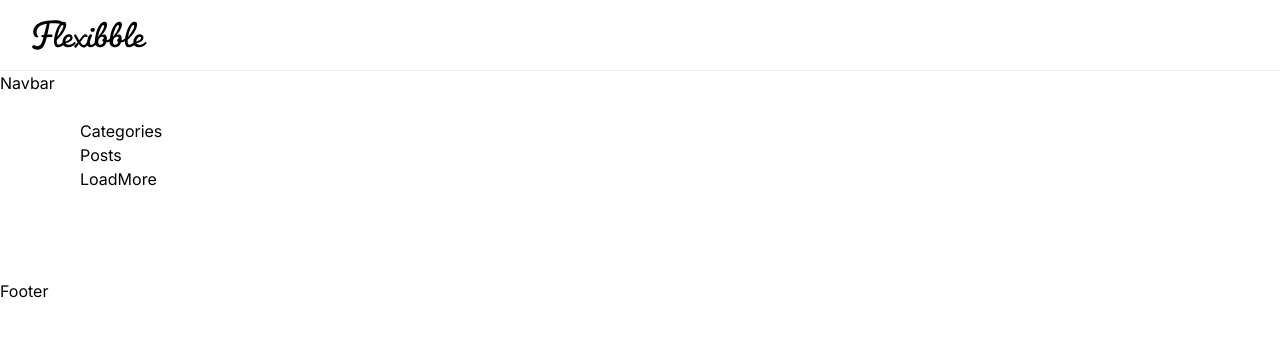
Repository: YUKIKAZE-nanoda/shigure_grafbase
Page: /
These files come from the project's save history. The page is drawn as it stood at one moment and after a run of saves; the edit follows.
The browser window is 1280 px wide. The pictures show the whole page.
The project was rebuilt for these pictures with package versions that can differ from the ones it lists, and the page was loaded fresh each time. The framework's server and built-in components were replaced by stand-ins that run in the browser. Also part of the build but not shown: next.config.js.

Above is the page before, as saved 2023-07-15 10:38:55.

### app/layout.tsx
import './globals.css'
import Footer from '@/components/Footer'
import Navbar from '@/components/Navbar'
export const metadata = {
  title: 'Flexibble',
  description: 'Showcase of flexbox layouts',
}

export default function RootLayout({
  children,
}: {
  children: React.ReactNode
}) {
  return (
    <html lang="en">
      <Navbar/>
      <body>
        Navbar
        <main>{children}</main>
        <Footer/>
        </body>
    </html>
  )
}

### app/page.tsx
const Home = () => {
    return (

        <section className="flex-start flex-col paddings mb-16">
            <h1>Categories</h1>
            <h1>Posts</h1>
            <h1>LoadMore</h1>
        </section>

    )
}

export default Home;

### components/Footer.tsx
import React from "react";
const Footer=()=>{
    return <div>
        Footer
    </div>
}

export default Footer;

### components/Navbar.tsx
import Link from 'next/link';
import Image from 'next/image';
import { NavLinks } from '@/constants';
const Navbar = () => {
    return (
        <nav className="flexBetween navbar">
            <div className="flex-1 flexStart gap-10">
                <Link href="/">
                    <Image
                        src="/logo.svg"
                        width={115}
                        height={43}
                        alt="Flexibble"
                    />
                </Link>
                <ul className='xl:flex hidden text-small gap-7'>
                    {NavLinks.map((link) => (
                        <Link href={link.href}>

                        </Link>
                    ))}
                </ul>
            </div>
        </nav>
    );
}

export default Navbar;

Loaded but not shown: app/globals.css (common file); constants/index.ts (common file); tailwind.config.js (common file)

After the next 10 saves:
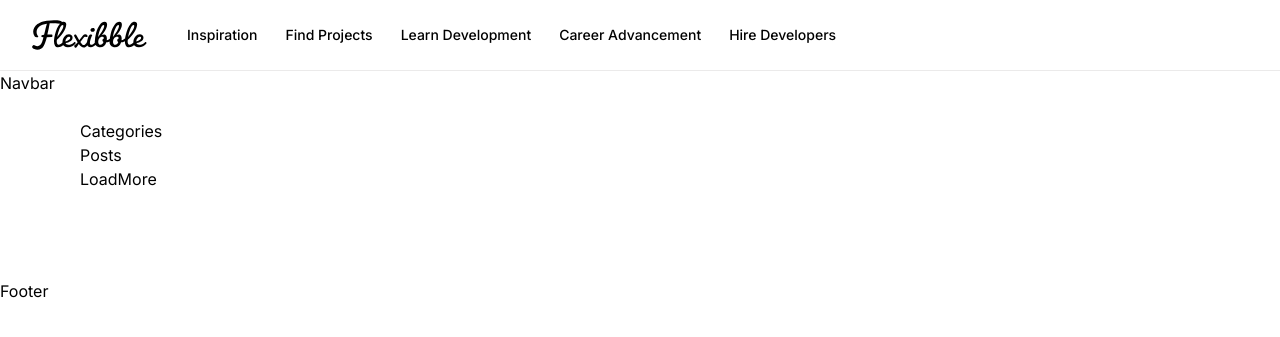
The 10 saves are shown as one change because 1 did not build or start and some came seconds apart.
The last was saved 33 s later.
--- a/components/Navbar.tsx
+++ b/components/Navbar.tsx
@@ -15,8 +15,8 @@ const Navbar = () => {
                 </Link>
                 <ul className='xl:flex hidden text-small gap-7'>
                     {NavLinks.map((link) => (
-                        <Link href={link.href}>
-
+                        <Link href={link.href} key={link.key}>
+                            {link.text}
                         </Link>
                     ))}
                 </ul>
